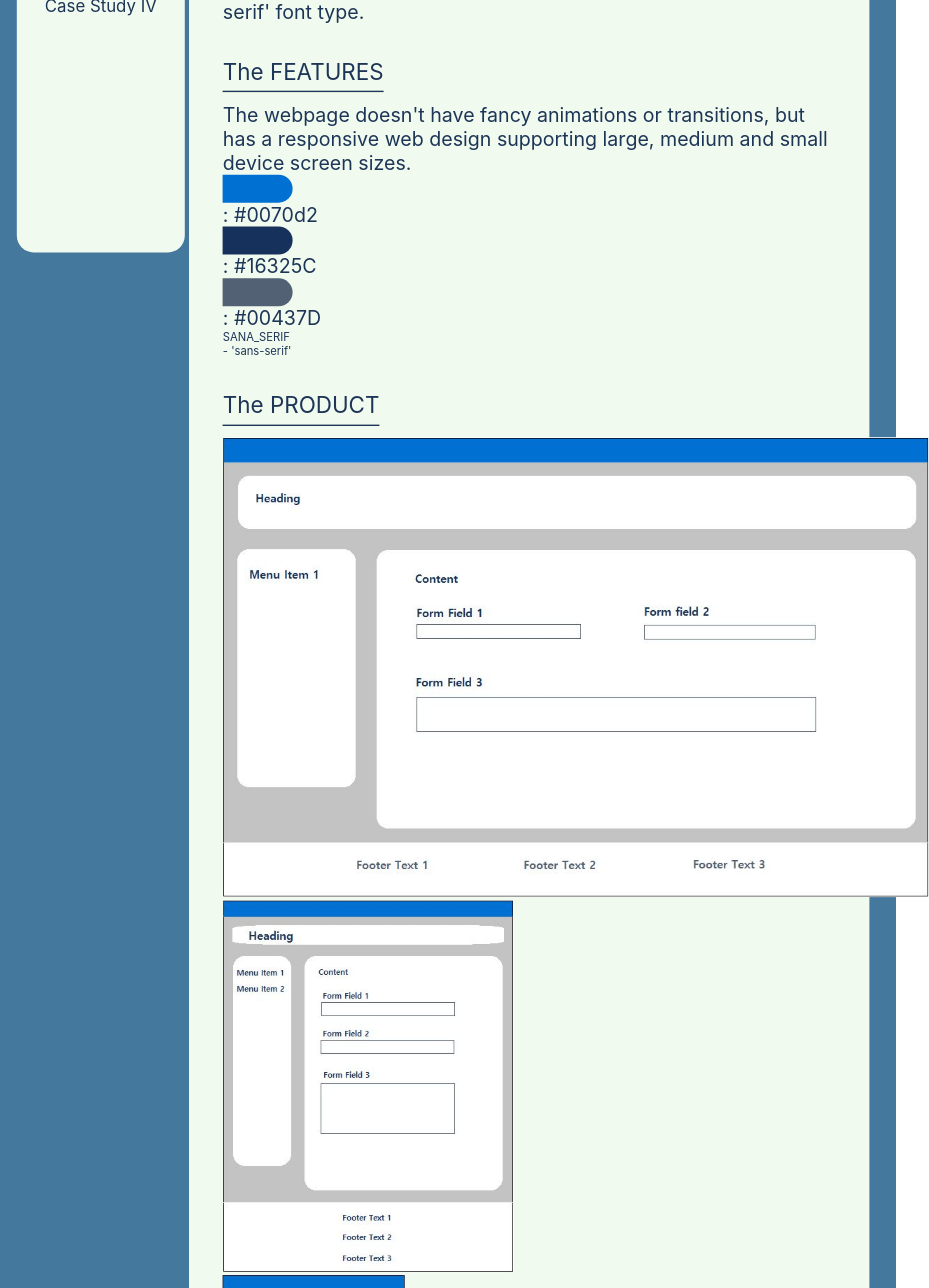
Repository: niranjangp/portfolioReact
Page: /cs-one
The author's editor kept a copy of each file at every save. The page is drawn from the files as they stood at one save, then again after the next save.
The browser window is 1280 px wide. The page is 1327 px wide, so the pictures cover 1327 px, including what lies to the right of the window. The pictures show the part of the page from y = 411 to 2251 px (the page is 3094 px tall before and 3056 px after), at 70% of full size.
The project was rebuilt for these pictures with package versions that can differ from the ones it lists, and the page was loaded fresh each time. Also part of the build but not shown: src/pages/enterDesign.jsx, src/pages/notFound.jsx.

Above is the page before, as saved 2022-02-01 04:06:13.

After the next save:
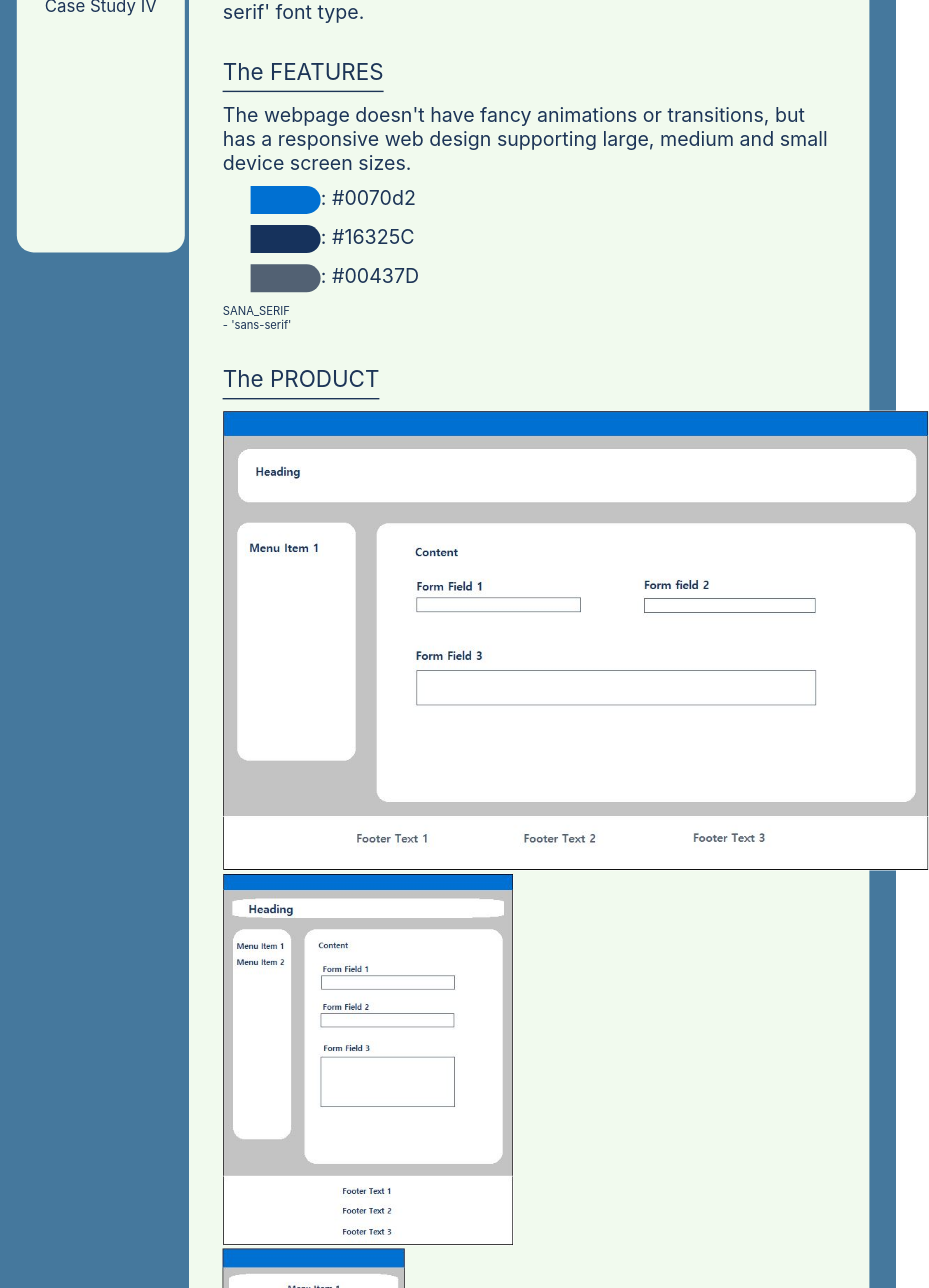
Saved 5 s later.
--- a/src/pages/csOne.jsx
+++ b/src/pages/csOne.jsx
@@ -18,9 +18,9 @@ const csOne = () => {
         <div className="pd-bt">
           <p className="csOneH">The FEATURES</p>
           <p className="csOneC">The webpage doesn't have fancy animations or transitions, but has a responsive web design supporting large, medium and small device screen sizes.</p>
-          <p className="csOneC"><p className='fir clrp'></p><span> : #0070d2</span></p>
-          <p className="csOneC"><p className='sec clrp'></p><span> : #16325C</span></p>
-          <p className="csOneC"><p className='thi clrp'></p><span> : #00437D</span></p>
+          <p className="csOneC dp-flx"><p className='fir clrp'></p><span>{' : #0070d2'}</span></p>
+          <p className="csOneC  dp-flx"><p className='sec clrp'></p><span>{' : #16325C'}</span></p>
+          <p className="csOneC  dp-flx"><p className='thi clrp'></p><span>{' : #00437D'}</span></p>
           <p class="fou"><p>SANA_SERIF</p> - 'sans-serif'</p>
         </div>
         <div className="pd-bt">
